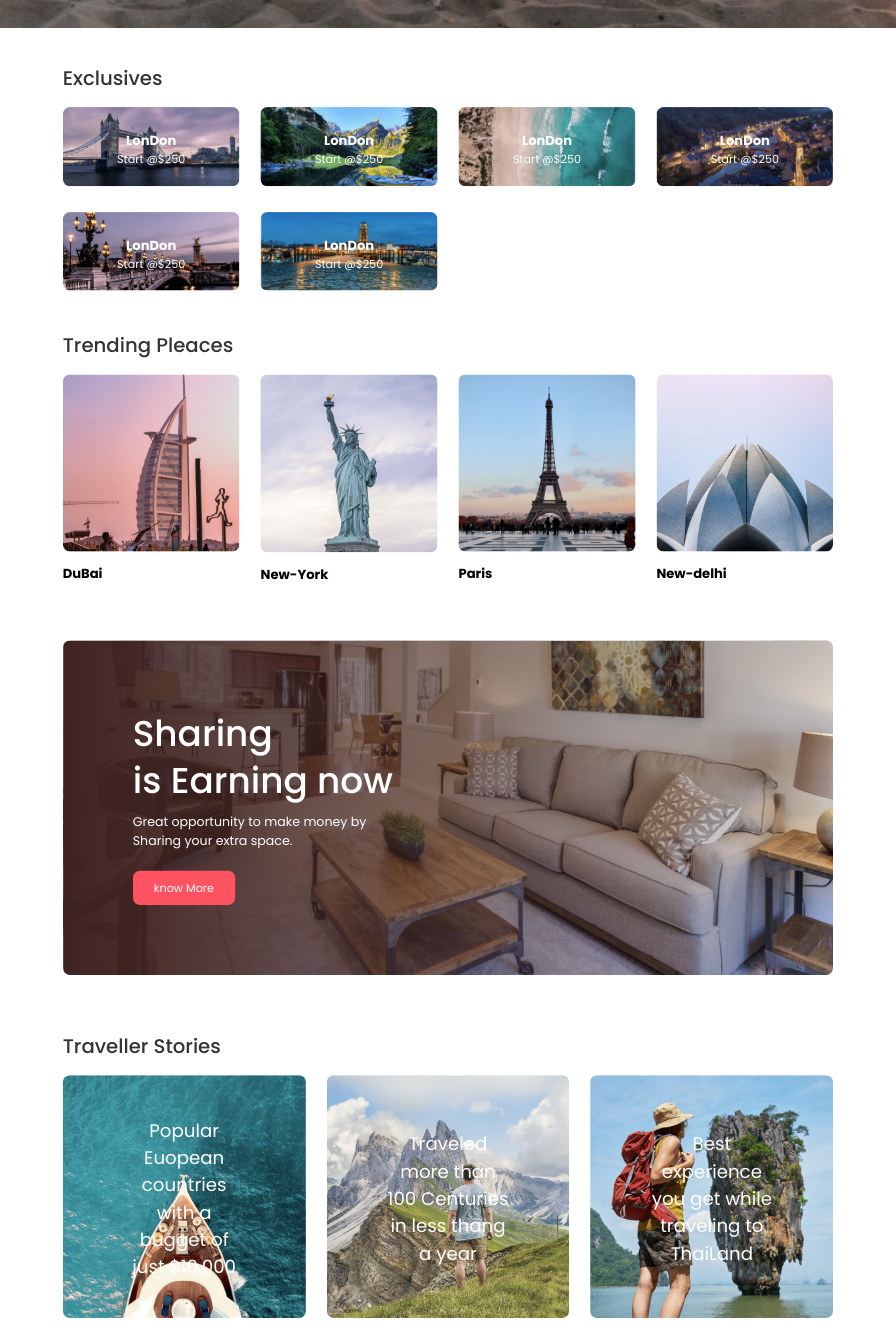
Repository: pinocoding/AirBnB
Page: house.html
These files come from the project's save history. The page is drawn as it stood at one moment and after the next save; the edit follows.
The browser window is 1280 px wide. The pictures show the part of the page from y = 680 to 2600 px (the page is 2600 px tall before and 2506 px after), at 70% of full size.

Above is the page before, as saved 2022-01-23 16:13:20.

### house.html
<!DOCTYPE html>
<html lang="en">
<head>
  <meta charset="UTF-8">
  <meta http-equiv="X-UA-Compatible" content="IE=edge">
  <meta name="viewport" content="width=device-width, initial-scale=1.0">
  <link rel="stylesheet" href="./style.css">
  <title>AirBnB</title>
</head>
<body>
  <!-- header -->
  <div class="header">
   <nav>
     <img src="/images/logo.png" class="logo" alt="blem" >
     <ul class="nav-links">
       <li><a href="#">Popular Places</a></li>
       <li><a href="#">Travel Outside</a></li>
       <li><a href="#">Online Packages</a></li>
     </ul>
     <a href="#"class="regiser-btn">Register Now</a>
   </nav>
   <div class="container">
     <h1>
       Find Your next Stay
     </h1>
     <div class="search-bar">
       <form >
         <div class="location-input">
           <label for="">Location</label>
           <input type="text" placeholder="where are ya goin'">
         </div>
         <div>
          <label for="">Check In </label>
          <input type="text" placeholder="Add Date">
        </div>
        <div>
          <label for="">Check Out</label>
          <input type="text" placeholder="Add Date">
        </div>
        <div>
          <label for="">Guest</label>
          <input type="text" placeholder="Add Guest">
        </div>
        <button type="submit">
          <img src="/images/search.png" alt="blem" >
        </button>
       </form>
     </div>


   </div>
   <!-- IMG gallary  -->


<!-- ---------Container------ -->

  </div>
  <div class="container">
    <h2 class="sub-title">Exclusives</h2>
    <div class="exclusives">
   <div>
     <img src="/images/image-1.png" alt="">
     <span>
       <h3>
         LonDon
       </h3>
       <p>
         Start @$250
       </p>
     </span>
   </div>
   <div>
    <img src="/images/image-2.png" alt="">
    <span>
      <h3>
        LonDon
      </h3>
      <p>
        Start @$250
      </p>
    </span>
  </div>
  <div>
    <img src="/images/image-3.png" alt="">
    <span>
      <h3>
        LonDon
      </h3>
      <p>
        Start @$250
      </p>
    </span>
  </div>
  <div>
    <img src="/images/image-4.png" alt="">
    <span>
      <h3>
        LonDon
      </h3>
      <p>
        Start @$250
      </p>
    </span>
  </div>
  <div>
    <img src="/images/image-5.png" alt="">
    <span>
      <h3>
        LonDon
      </h3>
      <p>
        Start @$250
      </p>
    </span>
  </div>
  <div>
    <img src="/images/image-6.png" alt="">
    <span>
      <h3>
        LonDon
      </h3>
      <p>
        Start @$250
      </p>
    </span>
  </div>
    </div>
    <h2 class="sub-title">
      Trending Pleaces
    </h2>
    <div class="trending">
      <div>
        <img src="/images/dubai.png" alt="blem" >
        <h3>DuBai</h3>
      </div>
      <div>
        <img src="/images/new-york.png" alt="blem" >
        <h3>New-York</h3>
      </div>
      <div>
        <img src="/images/paris.png" alt="blem" >
        <h3>Paris</h3>
      </div>
      <div>
        <img src="/images/new-delhi.png" alt="blem" >
        <h3>New-delhi</h3>
      </div>
    </div>
    <div class="cta">
      <h3>Sharing <br> is Earning now</h3>
      <p>Great opportunity to make money by <br> Sharing your extra space.</p>
      <a href="#" class="cta-btn">know More </a>
    </div>
<h2 class="sub-title">
  Traveller Stories
</h2>
<div class="stories">
  <div>
    <img src="/images/story-1.png" alt="#" >
    <p>Popular Euopean countries with a bugget of just $10.000 </p>
  </div>
  <div>
    <img src="/images/story-2.png" alt="#" >
    <p>Traveled more than 100 Centuries in less thang a year  </p>
  </div>
  <div>
    <img src="/images/story-3.png" alt="#" >
    <p>Best experience you get while traveling to ThaiLand</p>
  </div>

</div>
<!--  -->

</div>
</body>
<script src="./function.js"></script>
</html>

### style.css
@import url('https://fonts.googleapis.com/css2?family=Poppins:wght@300;400;500;600;700&display=swap');
:root {
  --text-colorWhite : #fff;
  --text-colorBlack : #000;
  --background  : #fff;
}
* {
  margin: 0;
  padding: 0;
  box-sizing: border-box;
  font-family: 'Poppins', sans-serif;
}
.header {
  min-height: 100vh;
  width: 100%;
  background-image:linear-gradient(rgba(0,0,0,0.3),rgba(0,0,0,0.3)),url(/images/banner.png);
  background-size: cover;
  background-position: center;
}
nav {
  display: flex;
  align-items: center;
  justify-content: space-between;
  padding: 20px  7%;
}
.logo {
  width: 140px;
  cursor: pointer;
}
.nav-links li {
  list-style: none;
  display: inline-block;
  margin : 10px 30px
}
.nav-links li a {
  text-decoration: none;
  color: var(--text-colorWhite);
}
 .regiser-btn {
   background:var(--background) ;
   color: #000;
   padding:8px 20px;
   border-radius: 20px;
   font-size: 14px;
   text-decoration: none;
  outline: none;

}
.container {
  padding :0 7%;
}
.container h1  {
font-size: 4vw;
font-weight: 500;
color: var(--text-colorWhite);
text-align: center;
padding-top: 22%

}
.search-bar {
  background: var(--background);
  width: 50%;
  margin: 30px auto;
  padding: 6px 10px 6px 30px;
  border-radius: 50px;

}
.search-bar form {
  display:  flex;
  align-items: center;
  flex-wrap: wrap;
}
.search-bar form input {
  display: block;
  border: 0;
  outline: none;
  background: transparent;
}
.search-bar form button {
  background: #ff5361;
  width: 55px;
  height: 55px;
  border-radius: 50%;
  outline: none;
  border: 0;
  cursor: pointer;
}
.search-bar form button img {
  width: 15px;
  margin-top: 7px;
}
.location-input {
  flex: 1;
}
.search-bar form label {
  font-weight: 600;
}
/* ---------Exclusives--------- */
.sub-title {
  margin:  50px 0 20px;
  font-size: 2.2vw;
  font-weight: 500;
  color: #333;
}
.exclusives {

  display: grid ;
  grid-template-columns: repeat(auto-fit,minmax(200px,1fr));
  grid-gap: 30px


}
.exclusives div img {
  width:100% ;
  border-radius: 10px;
}
.exclusives div {
  position: relative;
}
.exclusives div span {
  position:absolute;
  top : 50%;
  left: 50%;
  transform: translate(-50%,-50%);
  color: var(--text-colorWhite);
  text-align: center;
  cursor: pointer;
}
/* ------------Trending Please---------------------- */
.trending {

  display: grid ;
  grid-template-columns: repeat(auto-fit,minmax(200px,1fr));
  grid-gap: 30px;
  margin-bottom :30px;


}
.trending div img {
  width:100% ;
  border-radius: 10px;
}
.trending h3 {
  font-size: 600;
  margin-top :10px
}
/* -----Call to action --- */
.cta {
  margin : 80px 0  ;
  background-image: linear-gradient(to right, #3f2321,transparent),url(/images/banner-2.png);
  background-size: cover ;
  background-position: center;
  border-radius: 10px;
  padding: 100px;
  color: var(--text-colorWhite);


}
.cta  h3 {
  font-size: 4vw ;
  line-height: 5.3vw ;
  font-weight: 500;

}
.cta p {
  font-size: 18px;
  margin: 10px 0;
}
.cta .cta-btn {
  background: #ff5361;
  color: #fff;
  text-decoration: none;
  padding: 12px  30px ;
  border-radius: 10px;
  margin-top:20px ;
  display: inline-block;

}
/* ------------Traveller Stories--------- */
.stories {
  display: grid ;
  grid-template-columns: repeat(auto-fit,minmax(200px,1fr));
  grid-gap: 30px;
  margin-bottom :30px;

}
.stories div img {
  width: 100%;
  border-radius: 10px;
}
.stories div {
  position: relative;
  text-align: center;

}
.stories p {
  width: 80%px;
  position: absolute;
  top: 50%;
  left: 50%;
  transform: translate(-50%,-50%);
  color: var(--text-colorWhite);
  font-size: 26px;
}

Loaded but not shown: function.js (no copy from this time; the picture is the same without it)

After the next save:
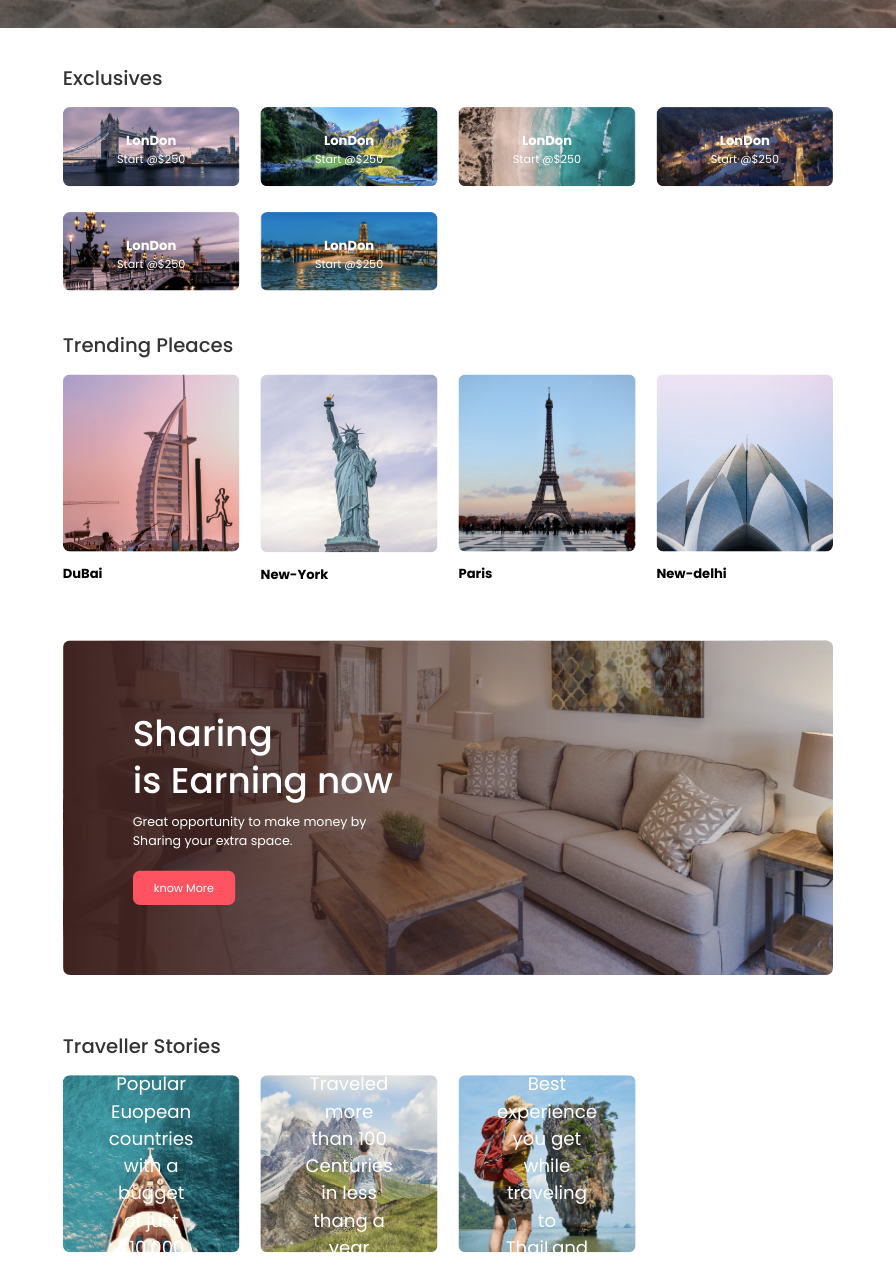
Saved 35 s later.
--- a/house.html
+++ b/house.html
@@ -167,6 +167,7 @@
     <img src="/images/story-3.png" alt="#" >
     <p>Best experience you get while traveling to ThaiLand</p>
   </div>
+ <a href="#" class="start"></a>
 
 </div>
 <!--  -->
